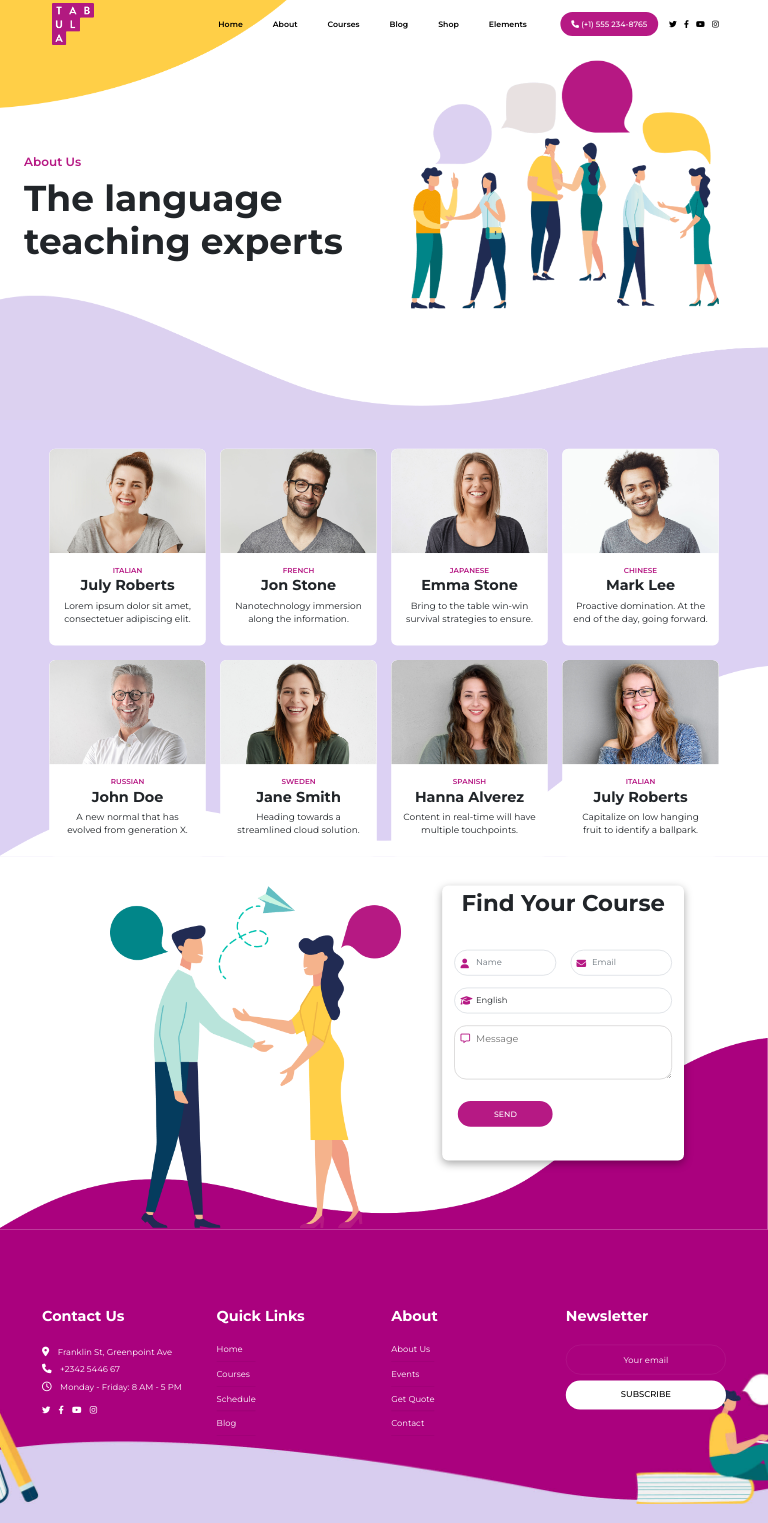
Repository: minhtrivu6199/tabula
Page: index.html
An editor plug-in stored every save of this project. The page is shown before and after the next save, followed by the edit.
The browser window is 1280 px wide. The pictures show the whole page, at 60% of full size.
Some web libraries are served in a nearby version. The style sheet was rebuilt from its Sass, Less or Tailwind sources for each picture, by a compiler version that may differ from the author's.

Above is the page before, as saved 2022-09-30 03:38:49.

After the next save:
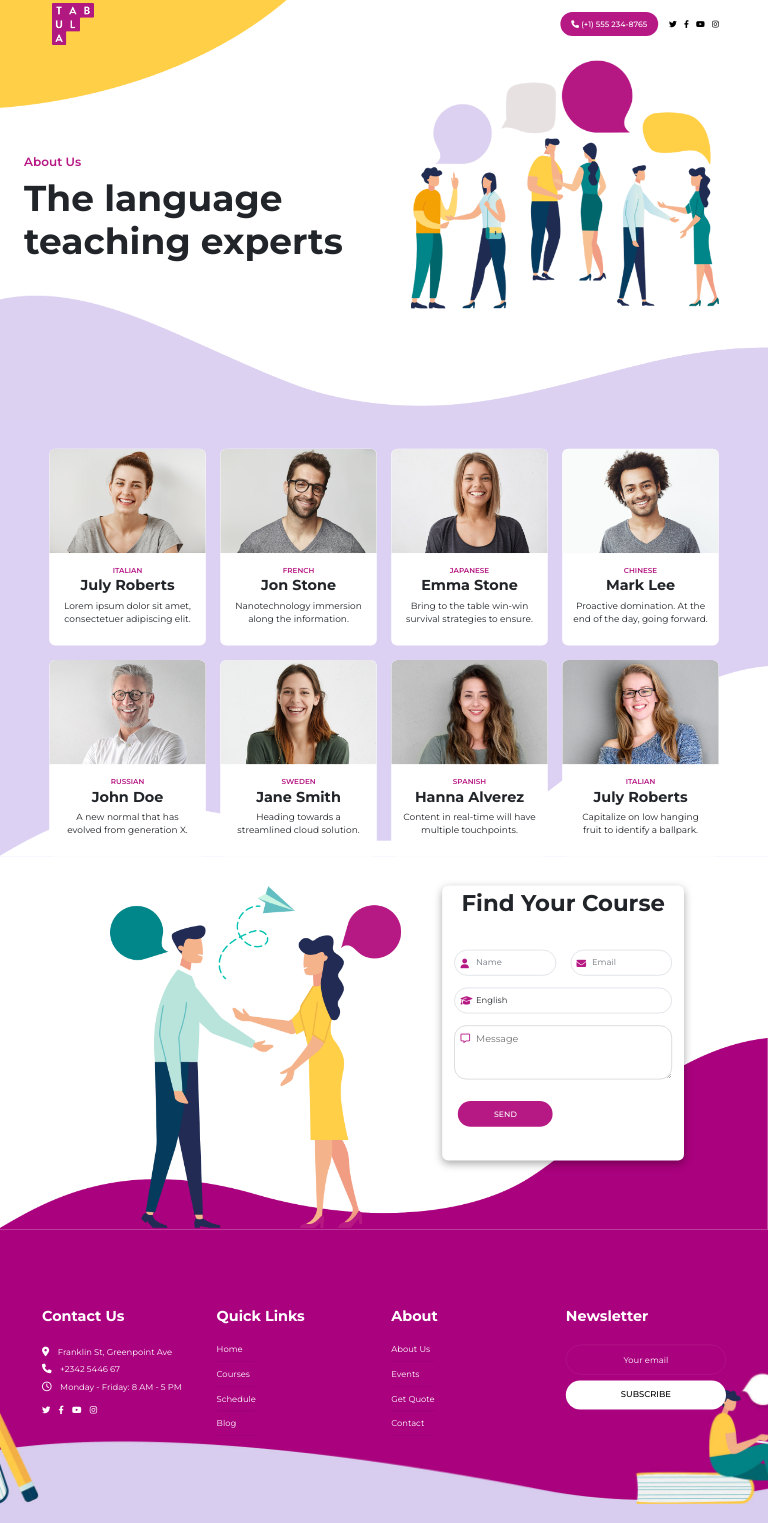
Saved 20 s later.
--- a/index.html
+++ b/index.html
@@ -53,7 +53,7 @@
             </a>
           </div>
           <div class="header-right">
-            <div class="header-menu d-xs-none">
+            <div class="header-menu d-md-none">
               <ul class="navbar-nav menu">
                 <li class="nav-item">
                   <a href="" class="nav-link"> Home </a>
